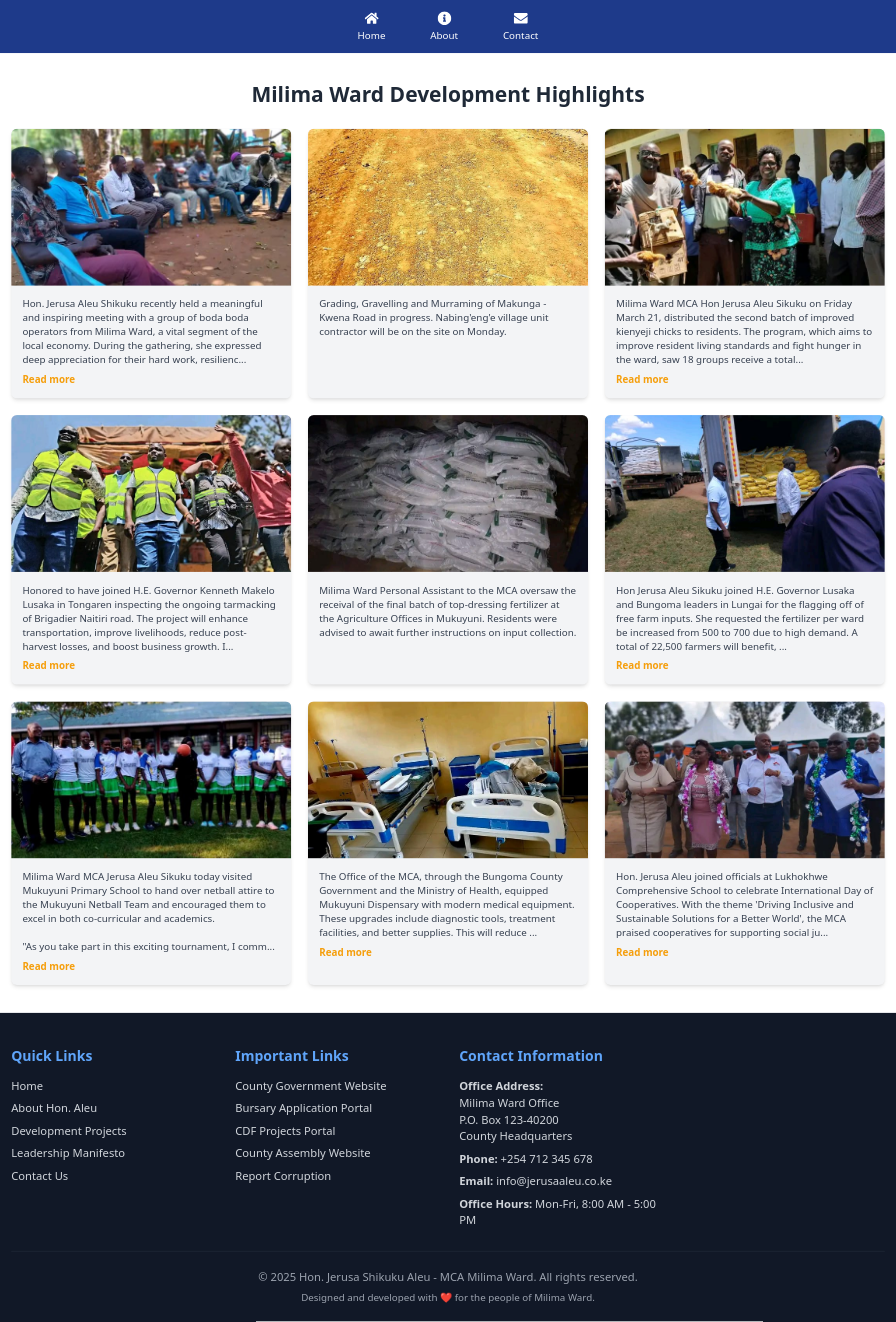
Repository: Engineer-collo/Hon_Jerusa_Shikuku_Aleu
Page: /projects
An editor plug-in stored every save of this project. The page is shown before and after a run of saves, followed by the edit.
The browser window is 1280 px wide. The pictures show the whole page, at 70% of full size.
The project was rebuilt for these pictures with package versions that can differ from the ones it lists, and the page was loaded fresh each time. Also part of the build but not shown: vite.config.js, src/Hero.jsx, src/Home.jsx, src/About.jsx, src/Manifesto.jsx, src/Contact.jsx.

Above is the page before, as saved 2025-07-18 18:10:19.

### index.html
<!DOCTYPE html>
<html lang="en">
<head>
  <meta charset="UTF-8">
  <meta name="viewport" content="width=device-width, initial-scale=1.0">
  <title>React Vite Starter</title>
</head>
<body class="bg-gray-100">
  <div id="root"></div>
  <script type="module" src="/src/main.jsx"></script>
</body>
</html>

### src/main.jsx
import React from 'react'
import ReactDOM from 'react-dom/client'
import './index.css'
import App from './App'

ReactDOM.createRoot(document.getElementById('root')).render(
  <React.StrictMode>
    <App />
  </React.StrictMode>,
)

### src/App.jsx
import React from 'react';
import { BrowserRouter as Router, Routes, Route } from 'react-router-dom';
import Footer from './Footer';
import Navbar from './Navbar';
import Homepage from './Home';
import About from './About';
import Projects from './Projects';
import Manifesto from './Manifesto';
import Contact from './Contact';

function App() {
  return (
    <Router>
      <div className="min-h-screen w-full overflow-x-hidden bg-gray-50 flex flex-col">
        <Navbar />
        <div className="flex-1 flex flex-col">
          <Routes>
            <Route path="/" element={<Homepage />} />
            <Route path="/about" element={<About />} />
            <Route path="/projects" element={<Projects />} />
            <Route path="/manifesto" element={<Manifesto />} />
            <Route path="/contact" element={<Contact />} />
          </Routes>
        </div>
        <Footer />
      </div>
    </Router>
  );
}

export default App;

### src/Footer.jsx
import React from 'react';
import { Link } from 'react-router-dom';

const Footer = () => {
  return (
    <footer className="bg-gray-900 text-white pt-12 pb-6 w-full">
      <div className="w-full px-4">
        <div className="grid grid-cols-1 md:grid-cols-2 lg:grid-cols-4 gap-8 w-full">


          {/* Quick Links */}
          <div>
            <h3 className="text-xl font-bold mb-4 text-blue-400">Quick Links</h3>
            <ul className="space-y-2">
              <li>
                <Link to="/" className="text-gray-300 hover:text-white transition-colors duration-300">
                  Home
                </Link>
              </li>
              <li>
                <Link to="/about" className="text-gray-300 hover:text-white transition-colors duration-300">
                  About Hon. Aleu
                </Link>
              </li>
              <li>
                <Link to="/projects" className="text-gray-300 hover:text-white transition-colors duration-300">
                  Development Projects
                </Link>
              </li>
              <li>
                <Link to="/manifesto" className="text-gray-300 hover:text-white transition-colors duration-300">
                  Leadership Manifesto
                </Link>
              </li>
              <li>
                <Link to="/contact" className="text-gray-300 hover:text-white transition-colors duration-300">
                  Contact Us
                </Link>
              </li>
            </ul>
          </div>

          {/* Important Links */}
          <div>
            <h3 className="text-xl font-bold mb-4 text-blue-400">Important Links</h3>
            <ul className="space-y-2">
              <li>
                <a href="#" className="text-gray-300 hover:text-white transition-colors duration-300">
                  County Government Website
                </a>
              </li>
              <li>
                <a href="#" className="text-gray-300 hover:text-white transition-colors duration-300">
                  Bursary Application Portal
                </a>
              </li>
              <li>
                <a href="#" className="text-gray-300 hover:text-white transition-colors duration-300">
                  CDF Projects Portal
                </a>
              </li>
              <li>
                <a href="#" className="text-gray-300 hover:text-white transition-colors duration-300">
                  County Assembly Website
                </a>
              </li>
              <li>
                <a href="#" className="text-gray-300 hover:text-white transition-colors duration-300">
                  Report Corruption
                </a>
              </li>
            </ul>
          </div>

          {/* Contact Info */}
          <div>
            <h3 className="text-xl font-bold mb-4 text-blue-400">Contact Information</h3>
            <address className="not-italic text-gray-300">
              <div className="mb-2">
                <strong>Office Address:</strong><br />
                Milima Ward Office<br />
                P.O. Box 123-40200<br />
                County Headquarters
              </div>
              <div className="mb-2">
                <strong>Phone:</strong> +254 712 345 678
              </div>
              <div className="mb-2">
                <strong>Email:</strong> info@jerusaaleu.co.ke
              </div>
              <div>
                <strong>Office Hours:</strong> Mon-Fri, 8:00 AM - 5:00 PM
              </div>
            </address>
          </div>
        </div>

        {/* Copyright */}
        <div className="border-t border-gray-800 mt-8 pt-6 text-center text-gray-400">
          <p>
            &copy; {new Date().getFullYear()} Hon. Jerusa Shikuku Aleu - MCA Milima Ward. All rights reserved.
          </p>
          <p className="mt-2 text-sm">
            Designed and developed with ❤️ for the people of Milima Ward.
          </p>
        </div>
      </div>
    </footer>
  );
};

export default Footer;

### src/Navbar.jsx
import React, { useState } from 'react';
import { Link } from 'react-router-dom';
import { FaHome, FaInfoCircle, FaEnvelope, FaBars, FaTimes } from 'react-icons/fa';

const Navbar = () => {
  const [isOpen, setIsOpen] = useState(false);

  const toggleMenu = () => setIsOpen(!isOpen);

  return (
    <>
      {/* Mobile Menu Toggle */}
      <div className="md:hidden p-4 flex justify-between items-center bg-blue-900 text-white">
        <h1 className="text-xl font-bold">My Site</h1>
        <button onClick={toggleMenu}>
          {isOpen ? <FaTimes size={24} /> : <FaBars size={24} />}
        </button>
      </div>

      {/* Mobile Sidebar */}
      {isOpen && (
        <div className="md:hidden fixed top-0 left-0 h-full w-3/4 bg-blue-800 text-white p-6 z-50 transition-all">
          <div className="flex flex-col space-y-6 text-lg">
            <Link to="/" onClick={toggleMenu} className="flex items-center gap-3">
              <FaHome /> Home
            </Link>
            <Link to="/about" onClick={toggleMenu} className="flex items-center gap-3">
              <FaInfoCircle /> About
            </Link>
            <Link to="/contact" onClick={toggleMenu} className="flex items-center gap-3">
              <FaEnvelope /> Contact
            </Link>
          </div>
        </div>
      )}

      {/* Desktop Navbar */}
      <div className="hidden md:flex justify-center bg-blue-900 text-white py-4">
        <div className="flex gap-16 text-center">
          <Link to="/" className="flex flex-col items-center hover:text-amber-400 transition">
            <FaHome size={20} />
            <span className="mt-1 text-sm">Home</span>
          </Link>
          <Link to="/about" className="flex flex-col items-center hover:text-amber-400 transition">
            <FaInfoCircle size={20} />
            <span className="mt-1 text-sm">About</span>
          </Link>
          <Link to="/contact" className="flex flex-col items-center hover:text-amber-400 transition">
            <FaEnvelope size={20} />
            <span className="mt-1 text-sm">Contact</span>
          </Link>
        </div>
      </div>
    </>
  );
};

export default Navbar;

Loaded but not shown: src/index.css (common file); tailwind.config.js (common file); src/Projects.jsx (371 lines, source omitted)

After the next 2 saves:
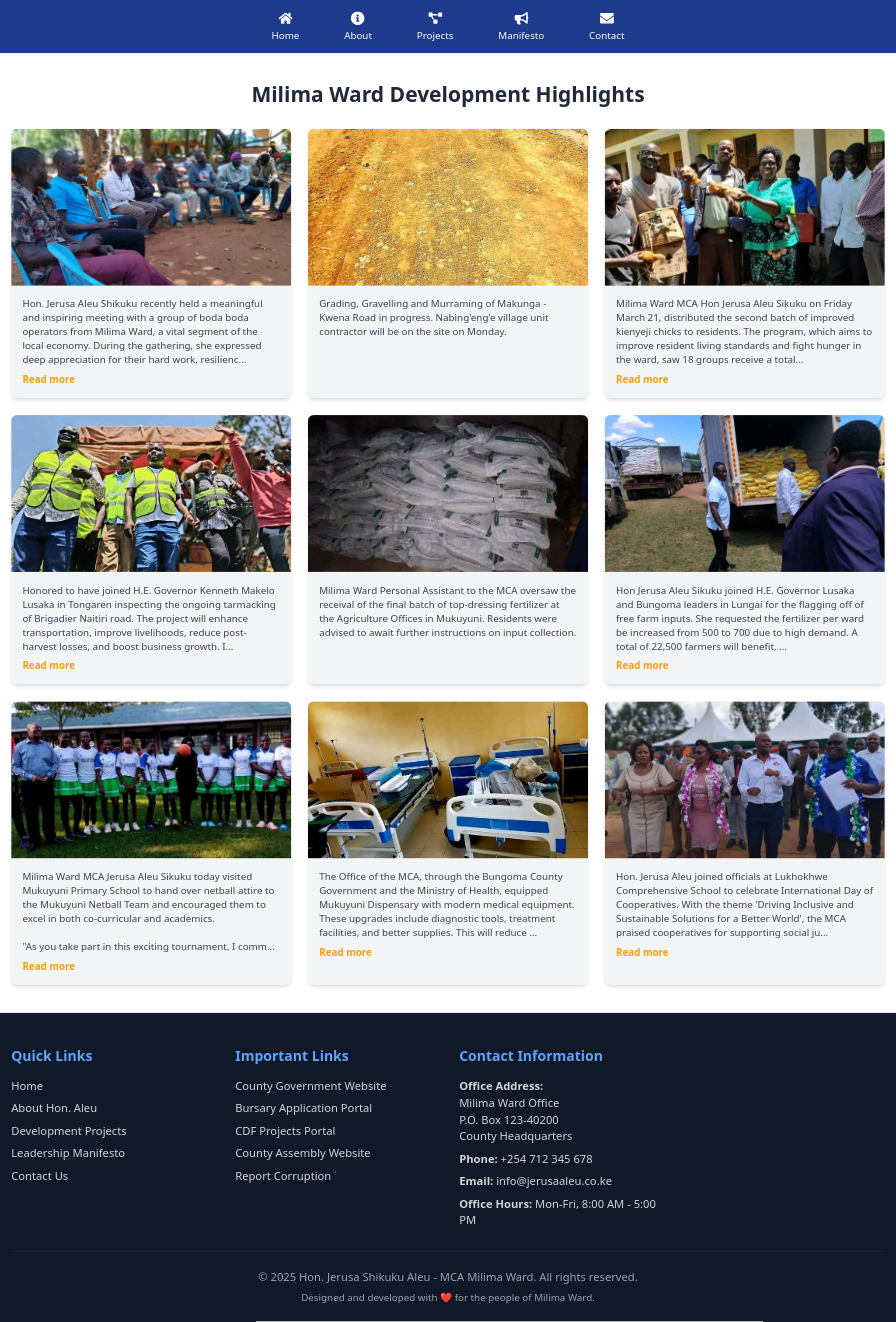
The 2 saves are shown as one change because 1 did not build or start.
The last was saved 6 min 1 s later.
--- a/src/Navbar.jsx
+++ b/src/Navbar.jsx
@@ -1,6 +1,14 @@
 import React, { useState } from 'react';
 import { Link } from 'react-router-dom';
-import { FaHome, FaInfoCircle, FaEnvelope, FaBars, FaTimes } from 'react-icons/fa';
+import {
+  FaHome,
+  FaInfoCircle,
+  FaProjectDiagram,
+  FaBullhorn,
+  FaEnvelope,
+  FaBars,
+  FaTimes,
+} from 'react-icons/fa';
 
 const Navbar = () => {
   const [isOpen, setIsOpen] = useState(false);
@@ -27,6 +35,12 @@ const Navbar = () => {
             <Link to="/about" onClick={toggleMenu} className="flex items-center gap-3">
               <FaInfoCircle /> About
             </Link>
+            <Link to="/projects" onClick={toggleMenu} className="flex items-center gap-3">
+              <FaProjectDiagram /> Projects
+            </Link>
+            <Link to="/manifesto" onClick={toggleMenu} className="flex items-center gap-3">
+              <FaBullhorn /> Manifesto
+            </Link>
             <Link to="/contact" onClick={toggleMenu} className="flex items-center gap-3">
               <FaEnvelope /> Contact
             </Link>
@@ -45,6 +59,14 @@ const Navbar = () => {
             <FaInfoCircle size={20} />
             <span className="mt-1 text-sm">About</span>
           </Link>
+          <Link to="/projects" className="flex flex-col items-center hover:text-amber-400 transition">
+            <FaProjectDiagram size={20} />
+            <span className="mt-1 text-sm">Projects</span>
+          </Link>
+          <Link to="/manifesto" className="flex flex-col items-center hover:text-amber-400 transition">
+            <FaBullhorn size={20} />
+            <span className="mt-1 text-sm">Manifesto</span>
+          </Link>
           <Link to="/contact" className="flex flex-col items-center hover:text-amber-400 transition">
             <FaEnvelope size={20} />
             <span className="mt-1 text-sm">Contact</span>
